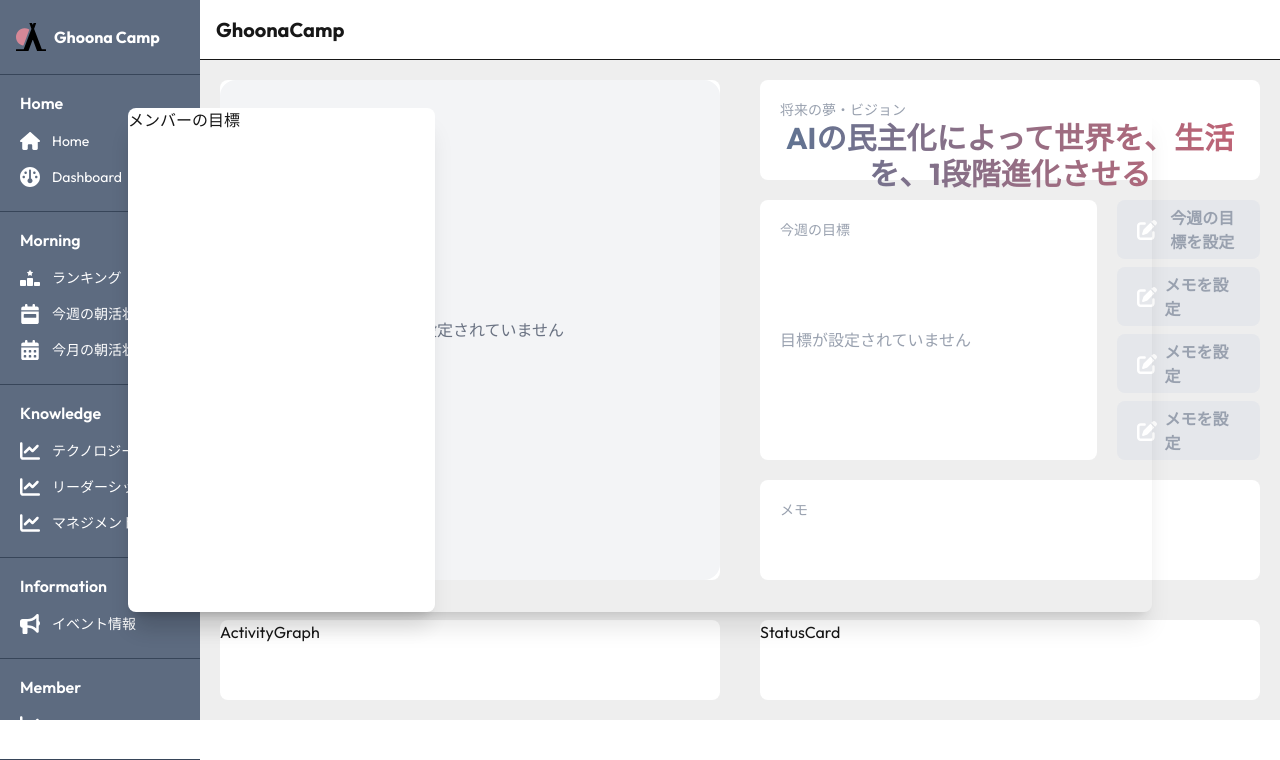
Repository: ShotaGhoona/ghoonacamp_platform
Page: /home/dashboard
An editor plug-in stored every save of this project. The page is shown before and after the next save, followed by the edit.
The browser window is 1280 px wide. The pictures show the whole page.
The page's requests for data from a server got no answer. The project was rebuilt for these pictures with package versions that can differ from the ones it lists, and the page was loaded fresh each time. Some packages were replaced by stand-ins written for this rebuild. The framework's server and built-in components were replaced by stand-ins that run in the browser. No one was signed in, and anything a server would have sent is missing. Also part of the build but not shown: next.config.js.

Above is the page before, as saved 2025-04-26 09:13:46.

After the next save:
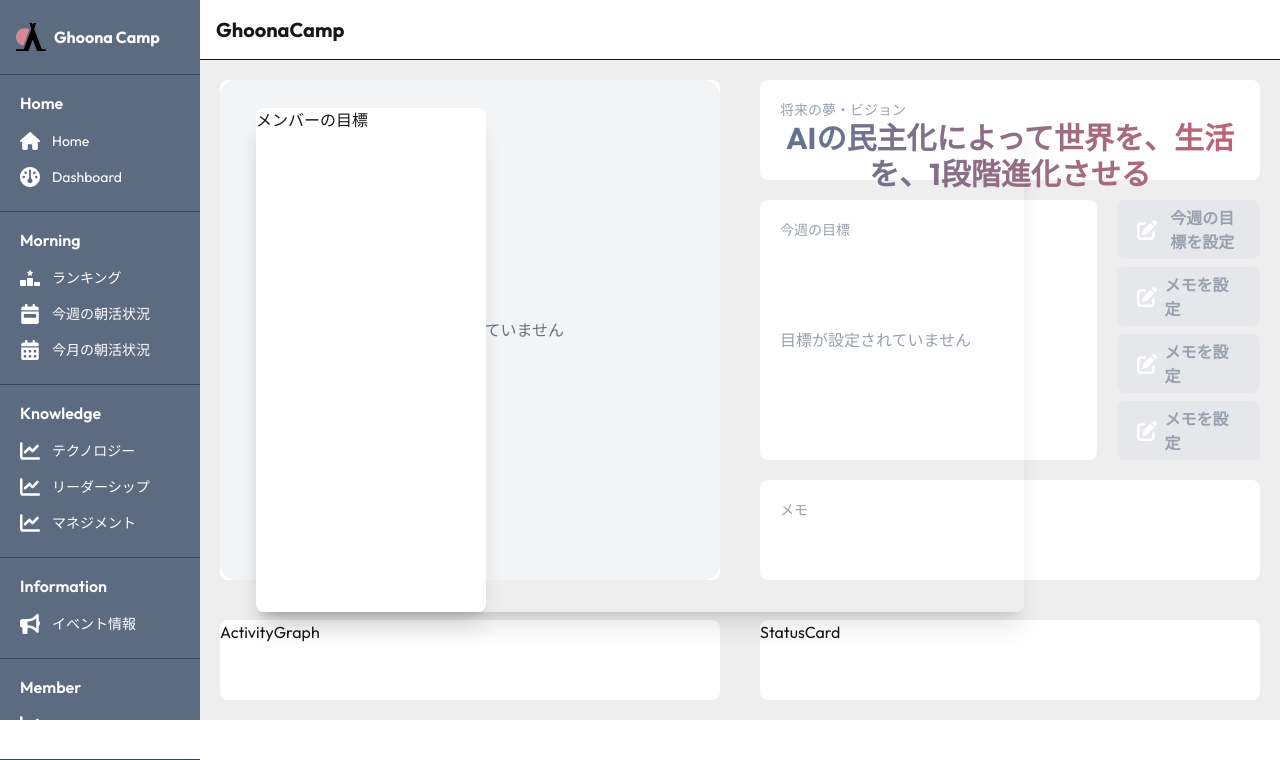
Saved 34 s later.
--- a/src/components/display/PopUp.tsx
+++ b/src/components/display/PopUp.tsx
@@ -18,7 +18,7 @@ export const PopUp = ({ isOpen, onClose, children }: PopUpProps) => {
         onClick={onClose}
       />
       <div className="flex justify-center items-center fixed top-1/2 left-1/2 transform -translate-x-1/2 -translate-y-1/2
-      w-[80%] h-[70%] rounded-lg shadow-xl transition-all duration-300 gap-10">
+      w-[60%] h-[70%] rounded-lg shadow-xl transition-all duration-300 gap-10">
         {/* メンバーの目表を除くを押した時だけ表示 */}
         <div
             className={`
